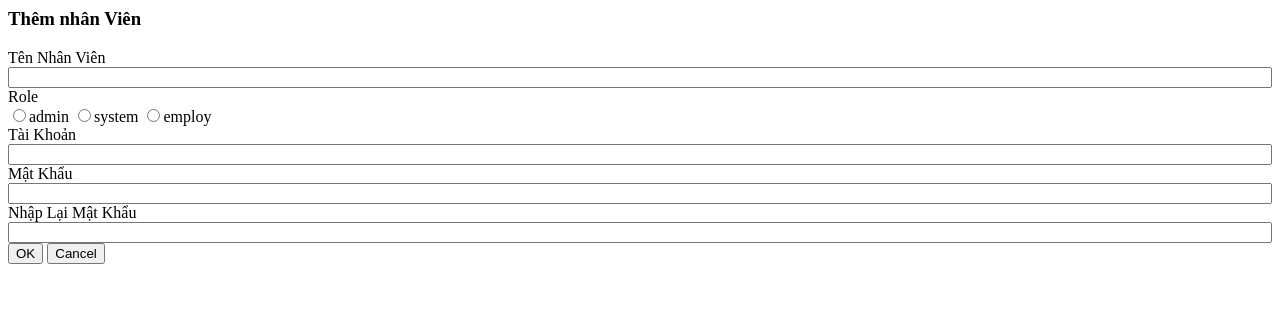
Repository: chickenoken/LuanAn
Page: http://localhost/net/quanLyNhanVienControl
These files come from the project's save history. The page is drawn as it stood at one moment and after the next save; the edit follows.
The browser window is 1280 px wide. The pictures show the whole page.
The page is served by Tomcat 9. Other server files are loaded and not shown.

Above is the page before, as saved 2019-06-17 10:07:21.

### net/src/main/webapp/WEB-INF/pages/quanLyNhanVienControl.jsp
<%@ page language="java" contentType="text/html; charset=UTF-8"
  pageEncoding="UTF-8"%>
<%@taglib prefix="c" uri="http://java.sun.com/jsp/jstl/core"%>
<div class="modal-header">
  <h3>Thêm nhân Viên</h3>
</div>
<div class="modal-body">
  <div class="row m-t-10">
    <div class="form-group">
      <div class="col-md-4"><span>Tên Nhân Viên</span></div>
      <div class="col-md-8"><input type="text" ng-model="model.form.control.tenNv" style="width : 100%"></div>
    </div>
  </div>
  <div class="row m-t-10">
    <div class="form-group">
      <div class="col-md-4"><span>Role</span></div>
      <div class="col-md-8">
        <div class="radio" >
          <label class="col-md-4"><input type="radio" name="role" value="1" ng-model="model.form.control.role">admin</label>
          <label class="col-md-4"><input type="radio" name="role" value="2" ng-model="model.form.control.role">system</label>
          <label class="col-md-4"><input type="radio" name="role" value="3" ng-model="model.form.control.role">employ</label>
        </div>
      </div>
    </div>
  </div>
    <div class="row m-t-10">
    <div class="form-group">
      <div class="col-md-4"><span>Tài Khoản</span></div>
      <div class="col-md-8">
        <input type="text" ng-model="model.form.control.taiKhoan" style="width : 100%">
      </div>
    </div>
  </div>
  <div class="row m-t-10">
    <div class="form-group">
      <div class="col-md-4"><span>Mật Khẩu</span></div>
      <div class="col-md-8">
        <input type="password" ng-model="model.form.control.matKhau" style="width : 100%">
      </div>
    </div>
  </div>
  <div class="row m-t-10">
    <div class="form-group">
      <div class="col-md-4"><span>Nhập Lại Mật Khẩu</span></div>
      <div class="col-md-8">
        <input type="password" ng-model="model.form.control.matKhauNhap" style="width : 100%">
      </div>
    </div>
  </div>

</div>
<div class="modal-footer">
    <button class="btn btn-primary" ng-click="ok()">OK</button>
    <button class="btn btn-warning" ng-click="cancel()">Cancel</button>
</div>

### net/src/main/java/org/planning/net/dto/LoginDto.java
package org.planning.net.dto;

import lombok.Getter;
import lombok.Setter;

@Getter
@Setter
public class LoginDto {

    private String maNhanVien;

    private String tenNhanVien;

    private String taiKhoan;

    private String matKhau;

	public String getTaiKhoan() {
        return taiKhoan;
    }

    public void setTaiKhoan(String taiKhoan) {
        this.taiKhoan = taiKhoan;
    }

    public String getMatKhau() {
        return matKhau;
    }

    public void setMatKhau(String matKhau) {
        this.matKhau = matKhau;
    }

    public String getMaNhanVien() {
		return maNhanVien;
	}

	public void setMaNhanVien(String maNhanVien) {
		this.maNhanVien = maNhanVien;
	}

	public String getTenNhanVien() {
		return tenNhanVien;
	}

	public void setTenNhanVien(String tenNhanVien) {
		this.tenNhanVien = tenNhanVien;
	}
}

After the next save:
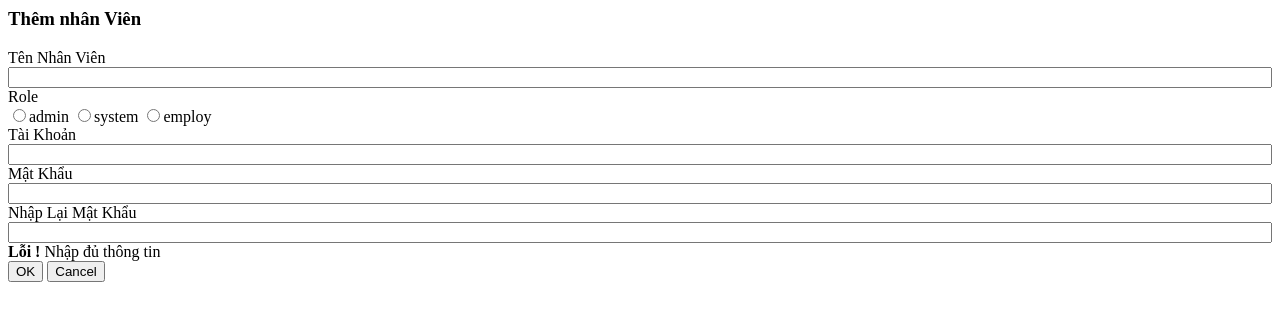
Saved 10 min 46 s later.
--- a/net/src/main/webapp/WEB-INF/pages/quanLyNhanVienControl.jsp
+++ b/net/src/main/webapp/WEB-INF/pages/quanLyNhanVienControl.jsp
@@ -48,6 +48,12 @@
     </div>
   </div>
 
+  <div class="col-md-offset-4 col-md-6" ng-if="model.hidden.isShow">
+             <div class="alert alert-danger text-center">
+               <strong>Lỗi !</strong> Nhập đủ thông tin
+             </div>
+           </div>
+
 </div>
 <div class="modal-footer">
     <button class="btn btn-primary" ng-click="ok()">OK</button>
